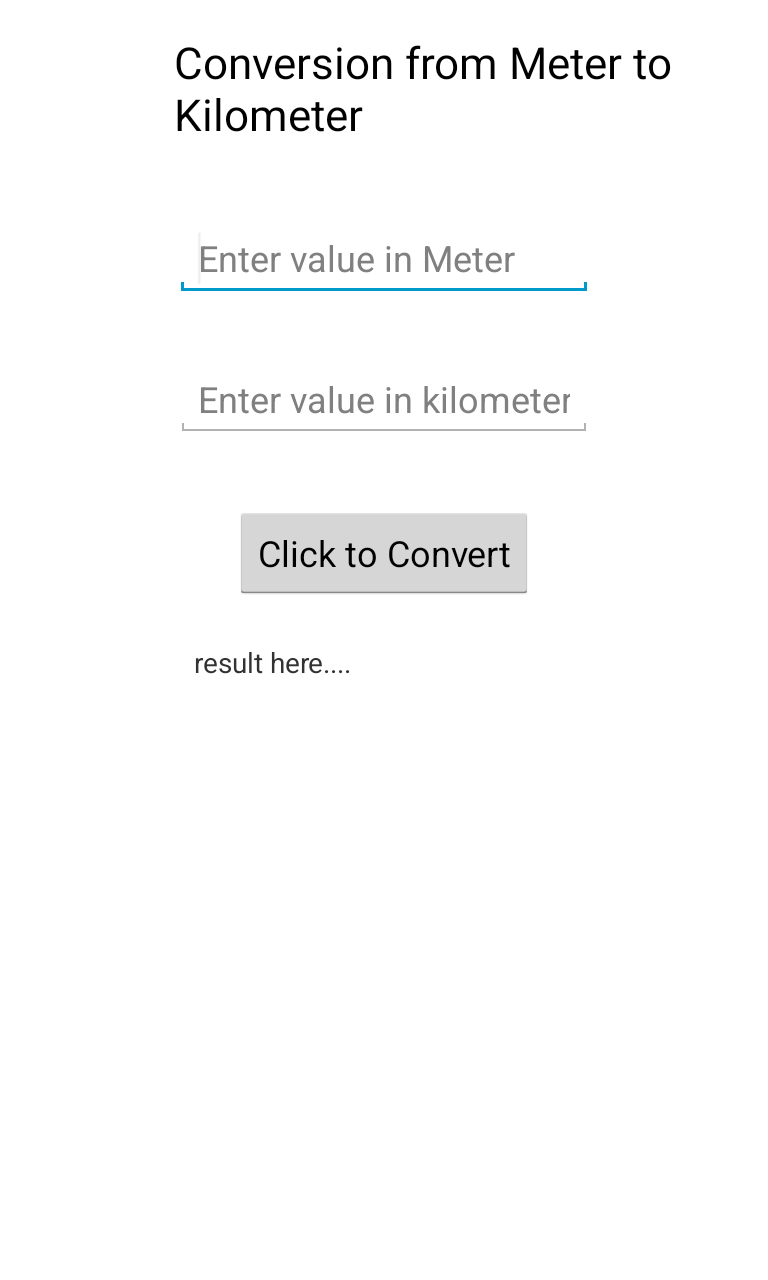
Repository: Shruthi06/designed-droid
Layout: Mock_converter/res/layout/activity_main.xml
An editor plug-in stored every save of this project. The layout is shown before and after the next save, followed by the edit.
It is drawn on a 768 x 1280 px phone screen (xhdpi) without system bars, with theme AppTheme; the app's code is not run.

Above is the layout before, as saved 2016-02-08 08:51:04.

### Mock_converter/res/layout/activity_main.xml
<RelativeLayout xmlns:android="http://schemas.android.com/apk/res/android"
    xmlns:tools="http://schemas.android.com/tools"
    android:layout_width="match_parent"
    android:layout_height="match_parent"
    android:paddingBottom="@dimen/activity_vertical_margin"
    android:paddingLeft="@dimen/activity_horizontal_margin"
    android:paddingRight="@dimen/activity_horizontal_margin"
    android:paddingTop="@dimen/activity_vertical_margin"
    tools:context=".MainActivity" >

    <TextView
        android:id="@+id/textView1"
        android:layout_width="wrap_content"
        android:layout_height="wrap_content"
        android:layout_alignLeft="@+id/edit_meter"
        android:layout_alignParentTop="true"
        android:text="Conversion from Meter to Kilometer"
        android:textAppearance="?android:attr/textAppearanceLarge" />

    <EditText
        android:id="@+id/edit_km"
        android:layout_width="wrap_content"
        android:layout_height="wrap_content"
        android:layout_alignLeft="@+id/edit_meter"
        android:layout_below="@+id/edit_meter"
        android:layout_marginTop="31dp"
        android:ems="10"
        android:inputType="numberDecimal"
        android:hint="Enter value in kilometer" />

    <Button
        android:id="@+id/buttonconvert"
        android:layout_width="wrap_content"
        android:layout_height="wrap_content"
        android:layout_below="@+id/edit_km"
        android:layout_centerHorizontal="true"
        android:layout_marginTop="33dp"
        android:text="Click to Convert" />

    <TextView
        android:id="@+id/view_result"
        android:layout_width="200dp"
        android:layout_height="25dp"
        android:layout_alignRight="@+id/edit_km"
        android:layout_below="@+id/buttonconvert"
        android:layout_marginTop="21dp"
        android:text="result here...." />

    <EditText
        android:id="@+id/edit_meter"
        android:layout_width="wrap_content"
        android:layout_height="wrap_content"
        android:layout_below="@+id/textView1"
        android:layout_centerHorizontal="true"
        android:layout_marginTop="38dp"
        android:ems="10"
        android:hint="Enter value in Meter"
        android:inputType="numberDecimal" >

        <requestFocus />
    </EditText>

</RelativeLayout>

Loaded but not shown: Mock_converter/res/values/styles.xml (common file); Mock_converter/res/values-v11/styles.xml (common file); Mock_converter/res/values-v14/styles.xml (common file); Mock_converter/res/values/dimens.xml (common file)

After the next save:
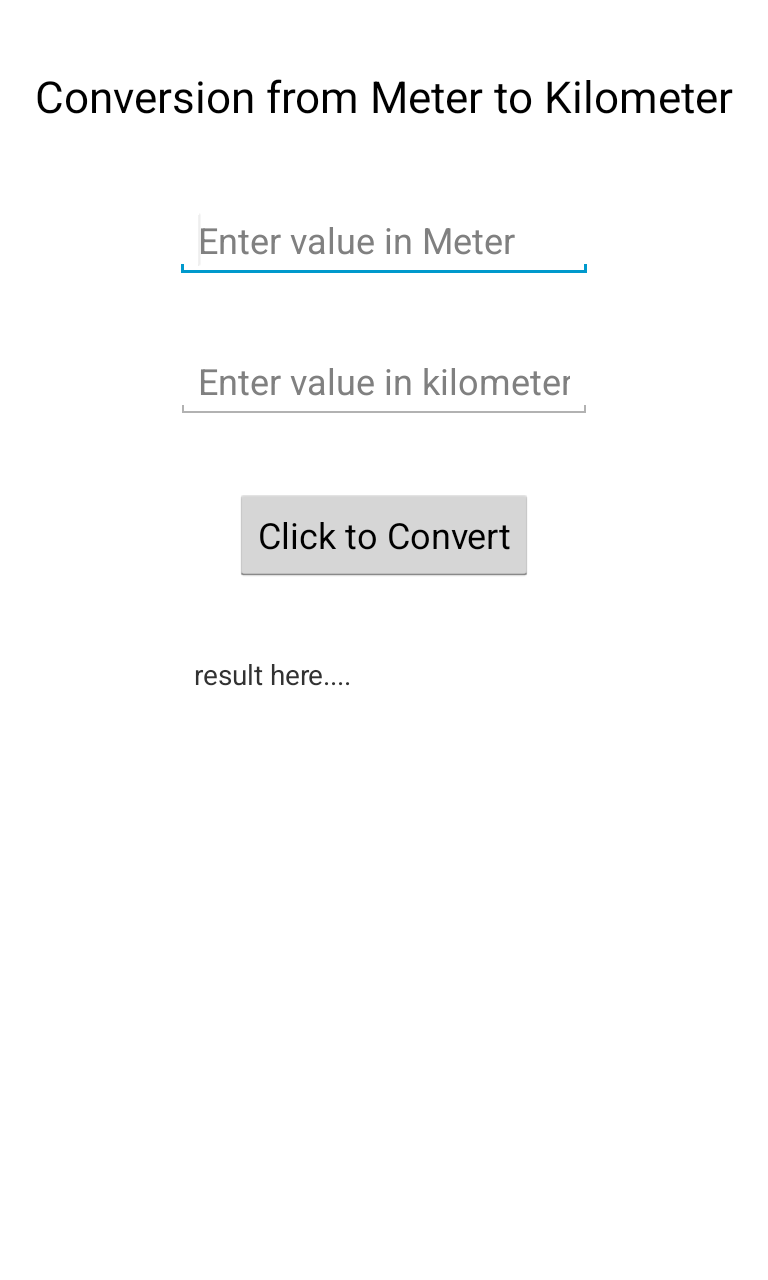
Saved 50 s later.
--- a/Mock_converter/res/layout/activity_main.xml
+++ b/Mock_converter/res/layout/activity_main.xml
@@ -7,15 +7,6 @@
     android:paddingRight="@dimen/activity_horizontal_margin"
     android:paddingTop="@dimen/activity_vertical_margin"
     tools:context=".MainActivity" >
-
-    <TextView
-        android:id="@+id/textView1"
-        android:layout_width="wrap_content"
-        android:layout_height="wrap_content"
-        android:layout_alignLeft="@+id/edit_meter"
-        android:layout_alignParentTop="true"
-        android:text="Conversion from Meter to Kilometer"
-        android:textAppearance="?android:attr/textAppearanceLarge" />
 
     <EditText
         android:id="@+id/edit_km"
@@ -37,15 +28,6 @@
         android:layout_marginTop="33dp"
         android:text="Click to Convert" />
 
-    <TextView
-        android:id="@+id/view_result"
-        android:layout_width="200dp"
-        android:layout_height="25dp"
-        android:layout_alignRight="@+id/edit_km"
-        android:layout_below="@+id/buttonconvert"
-        android:layout_marginTop="21dp"
-        android:text="result here...." />
-
     <EditText
         android:id="@+id/edit_meter"
         android:layout_width="wrap_content"
@@ -60,4 +42,23 @@
         <requestFocus />
     </EditText>
 
+    <TextView
+        android:id="@+id/textView1"
+        android:layout_width="wrap_content"
+        android:layout_height="wrap_content"
+        android:layout_alignParentTop="true"
+        android:layout_centerHorizontal="true"
+        android:layout_marginTop="17dp"
+        android:text="Conversion from Meter to Kilometer"
+        android:textAppearance="?android:attr/textAppearanceLarge" />
+
+    <TextView
+        android:id="@+id/view_result"
+        android:layout_width="200dp"
+        android:layout_height="25dp"
+        android:layout_alignRight="@+id/edit_km"
+        android:layout_below="@+id/buttonconvert"
+        android:layout_marginTop="36dp"
+        android:text="result here...." />
+
 </RelativeLayout>
